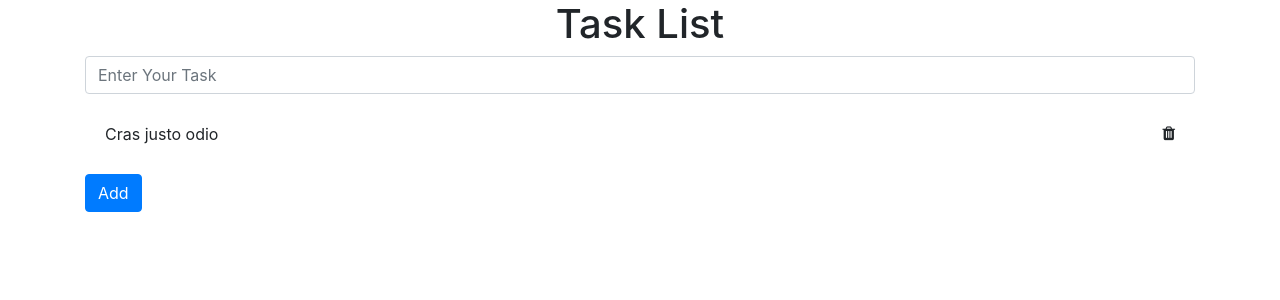
Repository: hoangphuong965/todolist
Page: index.html
The author's editor kept a copy of each file at every save. The page is drawn from the files as they stood at one save, then again after the next save.
The browser window is 1280 px wide. The pictures show the whole page.

Above is the page before, as saved 2020-09-04 14:18:04.

### index.html
<!DOCTYPE html>
<html lang="en">

<head>
     <meta charset="UTF-8">
     <meta name="viewport" content="width=device-width, initial-scale=1.0">
     <title>Document</title>
     <link rel="stylesheet" href="https://stackpath.bootstrapcdn.com/bootstrap/4.3.1/css/bootstrap.min.css"
          integrity="sha384-ggOyR0iXCbMQv3Xipma34MD+dH/1fQ784/j6cY/iJTQUOhcWr7x9JvoRxT2MZw1T" crossorigin="anonymous">
     <link rel="stylesheet" href="https://maxcdn.bootstrapcdn.com/font-awesome/4.7.0/css/font-awesome.min.css">
     <link rel="stylesheet" href="style.css">
</head>

<body>
     <div class="container">
          <h1 class="text-center">Task List</h1>
          <form class="form">
               <div class="form-group ">
                    <input type="text" class="form-control" style="outline-color: black;" placeholder="Enter Your Task">
               </div>
               <div class="list">
                    <ol class="list-group list-group-flush">
                         <li class="list-group-item grid">
                              <p>Cras justo odio</p>
                              <i class="fa fa-trash" aria-hidden="true"></i>
                         </li>
                    </ol>
               </div>
               <button type="submit" class="btn btn-primary">Add</button>
          </form>
     </div>
     <script src="app.js"></script>
</body>

</html>

### style.css
.grid {
  display: grid;
  grid-template-columns: auto auto;
}
i{
     margin-top: 3px;
     text-align: right;
}

### app.js
const input = document.querySelector("input");
let html = document.querySelector(".list");

const form = document.querySelector(".form");
form.addEventListener("submit", (e) => {
  e.preventDefault();
  add();
});


const add = () => {
  let ul = `
          <ol class="list-group list-group-flush">
               <li class="list-group-item">${input.value}</li>

          </ol>
     `;
  input.value = "";
  html.innerHTML += ul;
};

After the next save:
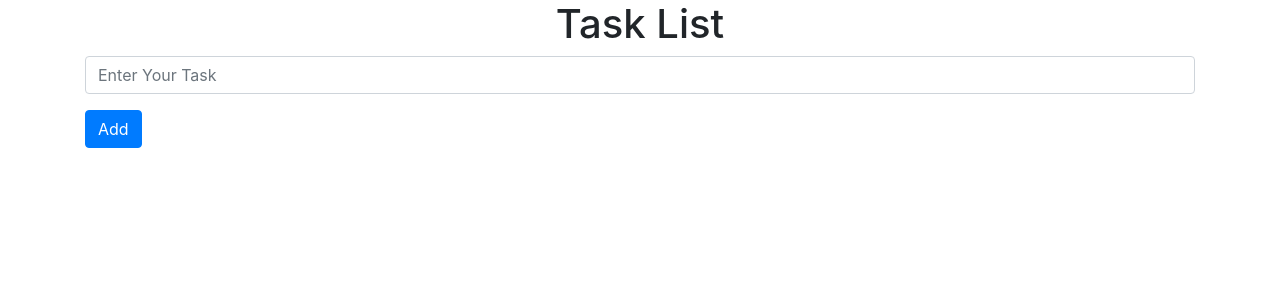
Saved 18 s later.
--- a/index.html
+++ b/index.html
@@ -19,12 +19,12 @@
                     <input type="text" class="form-control" style="outline-color: black;" placeholder="Enter Your Task">
                </div>
                <div class="list">
-                    <ol class="list-group list-group-flush">
+                    <!-- <ol class="list-group list-group-flush">
                          <li class="list-group-item grid">
                               <p>Cras justo odio</p>
                               <i class="fa fa-trash" aria-hidden="true"></i>
                          </li>
-                    </ol>
+                    </ol> -->
                </div>
                <button type="submit" class="btn btn-primary">Add</button>
           </form>
